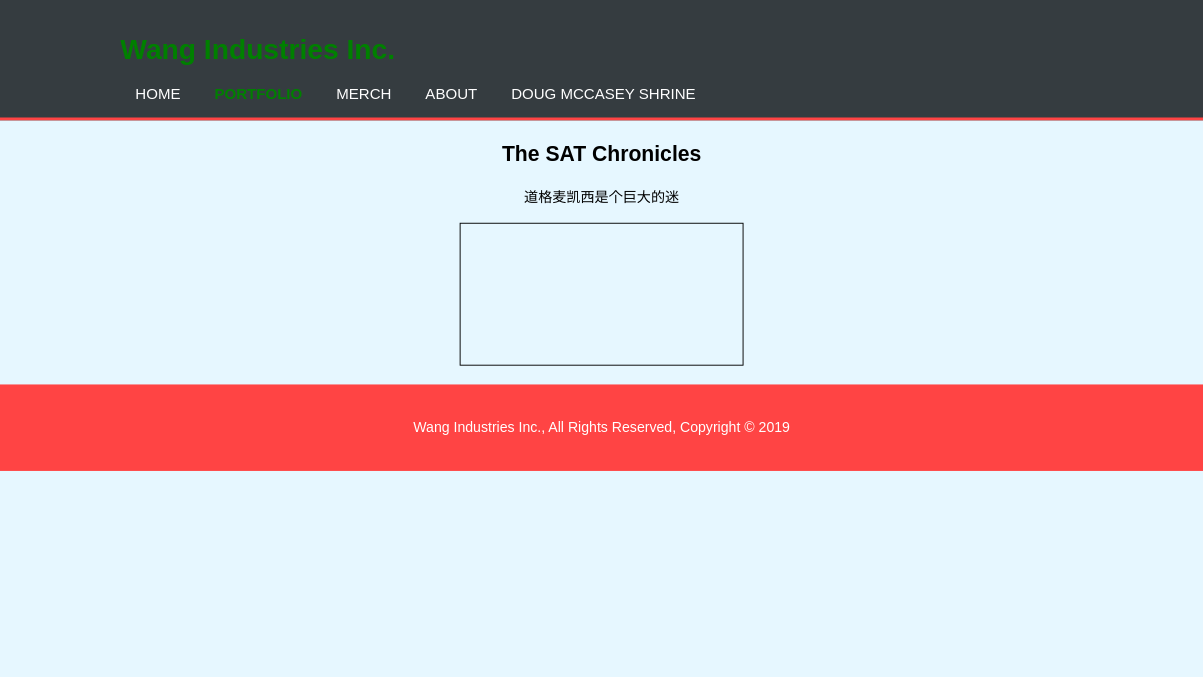
Repository: albert031/albert031.github.io
Page: projects/thesatchronicles.html
The author's editor kept a record of every edit. The page is drawn from the files as they stood at one moment, then again after the next edit.
The browser window is 1280 px wide. The pictures show the whole page, at 94% of full size.

Above is the page before.
Console error: SyntaxError: Invalid or unexpected token

### projects/thesatchronicles.html
<!DOCTYPE HTML w/ Processing>

<html>
  <head>
      <meta http-equiv="Content-Type" content="text/html; charset=UTF-8" />
      <title>Albert's Website | The SAT Chronicles</title>
      <link rel=icon href=https://thewolfpacket.org/wp-content/uploads/2018/01/VP-675x900.jpg type=image/jpg?>
      <script type="text/javascript" src="../js/processing.js"></script>
      <meta name=viewport content=width=device-width>
      <link rel=stylesheet type=text/css href=../css/style.css>
  </head>

  <body>
    <header>
        <div class=container>
            <div id=branding>
                <h1 class=highlight>Wang Industries Inc.</h1>
            </div>
        </div>
        <nav>
            <div class=dropdown>
                <button class=dropbtn><a href=../index.html>Home</a></button>
            </div>
            <div class=dropdown>
                <button class="dropbtn current"><a href=../portfolio.html>Portfolio</a></button>
                <div class="dropdown-content current">
                    <a href=../projects/thesatchronicles.html>The SAT Chronicles</a>
                </div>
            </div>
            <div class=dropdown>
                <button class=dropbtn><a href=../merch.html>Merch</a></button>
                <div class=dropdown-content>
                    <a href="#">Dagu makkeishī Ramen Noodles™</a>
                    <a href="#">Dagu makkeishī ChopSticks™</a>
                    <a href="#">Dagu makkeishī Premium Soysauce Ultra Mega Doug Size™</a>
                </div>
            </div>
            <div class=dropdown>
                <button class=dropbtn><a href=../about.html>About</a></button>
            </div>
            <div class=dropdown>
                <button class=dropbtn><a href=../dougshrine.html>Doug McCasey Shrine</a></button>
                <div class=dropdown-content>
                    <a href=dougthethug.html>Doug the Thug</a>
                </div>
            </div>
        </nav>
    </header>

    <section id=main>
      <div class=container>
        <div id=main-col>
          <h1 align=center>The SAT Chronicles</h1>
          <p align=center>道格麦凯西是个巨大的迷</p>
        </div>
      </div>
    </section>

    <script type="text/processing">
      PImage bg, sScreen, sButton, infoButton, doug, topPipe, botPipe, replayButton, homeButton, backButton;
      int bgx, bgy, dx, dy, g, Vdy, w, h;
      int[] pipeX, pipeY;
      int gameState, score, highScore, speed;
      boolean displayInfo;

      void setup(){
        size(800,700);
        bg = loadImage("./imgsatchronicles/bg.png");
        sScreen = loadImage("./imgsatchronicles/startscreen.png");
        sButton = loadImage("./imgsatchronicles/testday.png");
        infoButton = loadImage("./imgsatchronicles/info.png");
        doug = loadImage("./imgsatchronicles/doug.png");
        botPipe = loadImage("./imgsatchronicles/botPipe.png");
        topPipe = loadImage("./imgsatchronicles/topPipe.png");
        replayButton = loadImage("./imgsatchronicles/replaybutton.png");
        homeButton = loadImage("./imgsatchronicles/homebutton.png");
        backButton = loadImage("./imgsatchronicles/backbutton.png");
        dx = 100;
        dy = height/2;
        g = 1;
        pipeX = new int[5];
        pipeY = new int[pipeX.length];
        for(int i = 0; i < pipeX.length; i++){
          pipeX[i] = width + 200*i;
          pipeY[i] = (int)random(-350, 0);
        }
        gameState = -1;
      }
      /*
      void draw(){
        if(gameState == -1){
          startScreen();
        }
        if(gameState == -2){
          chooseMode();
        }
        if(gameState == 0){
          setBg();
          setPipes();
          moveDoug();
          scoreCounter();

        }
        if(gameState == 1){
          endScreen();
        }
      }

      void scoreCounter(){
        if(score>highScore){
          highScore = score;
        }
        fill(109, 146, 232, 200);
        rect(width - 310, 10, 305, 80, 10);
        fill(0);
        textSize(32);
        text("SAT Score:  " + 100*score, width - 300, 40);
        text("High Score: " + 100*highScore, width - 300, 80);
      }

      void startScreen(){
        image(sScreen, 0, 0);
        sButtonButton();
        info();
      }

      void info(){
        if(mouseX > 96 && mouseX < 96 + infoButton.width && mouseY > 534 && mouseY < 534 + infoButton.height){
          fill(150, 250, 150);
          rect(96, 534, 41, 41);
          displayInfo = true;
          if(!(mouseX > 96 && mouseX < 96 + infoButton.width && mouseY > 534 && mouseY < 534 + infoButton.height)){
            displayInfo = false;
          }
          if(displayInfo == true){
            if(w < width/2){
              w += 30;
              h += 30;
             }
             rect(96, 575 - h, w, h);
             fill(0);
             textSize(.1*w);
             String s = "One day ... You decide to take the SAT and then you realize your proctor is Doug";
             text(s, 100, 600 - h, w, h);
          }
        }
        else{
          fill(146, 12, 3);
          rect(96, 534, 41, 41);
          w = 0;
          h = 0;
        }
        image(infoButton, 94, 532);
      }

      void sButtonButton(){
        fill(146, 12, 3);
        rect(width/2 - sButton.width/2 - 5, height/2 + 10, sButton.width + 10, 47);
        fill(255);
        if(mouseX > width/2 - sButton.width/2 - 5 && mouseX < width/2 + sButton.width/2 + 5 && mouseY > height/2 + 10 && mouseY < height/2 + 57){
          fill(150, 250, 150);
          rect(width/2 - sButton.width/2 - 5, height/2 + 10, 177, 47);

          if(mousePressed){
            gameState = -2;
          }
        }
        image(sButton, width/2 - sButton.width/2, height/2 + 20);

      }

      void chooseMode(){
        image(bg, 0, 0);
        textSize(75);
        fill(0);
        text("Difficulty", width/2 - 160, 112.5);
        backButton();
        easyMode();
        normalMode();
        hardMode();
      }

      void backButton(){
        fill(146, 12, 3);
        triangle(52, 87.5, 90, 52, 90, 123);
        if(mouseX > 50 && mouseX < 95 && mouseY > 50 && mouseY < 125){
          fill(150, 250, 150);
          triangle(52, 87.5, 90, 52, 90, 123);
          if(mousePressed){
            gameState = -1;
          }
        }
        image(backButton, 50, 50);
      }

      void easyMode(){
        fill(146, 12, 3);
        rect(width/2 - 100, height/2 - 160, 200, 50);
        textSize(31);
        if(mouseX > width/2 - 100 && mouseX < width/2 + 100 && mouseY > height/2 - 160 && mouseY < height/2 - 110){
          fill(150, 250, 150);
          rect(width/2 - 100, height/2 - 160, 200, 50);
          if(mousePressed){
            speed = 2;
            dy = height/2;
            gameState = 0;
             for(int i = 0; i < pipeX.length; i++){
                pipeX[i] = width + 200*i;
                pipeY[i] = (int)random(-350, 0);
             }
             score = 0;
          }
        }
        fill(0);
        String s1 = "Chill Doug";
        text(s1, width/2 - 80, height/2 - 125, 100);
      }

      void normalMode(){
        fill(146, 12, 3);
        rect(width/2 - 100, height/2 - 50, 200, 50);
        textSize(31);
        if(mouseX > width/2 - 100 && mouseX < width/2 + 100 && mouseY > height/2 - 50 && mouseY < height/2){
          fill(150, 250, 150);
          rect(width/2 - 100, height/2 - 50, 200, 50);
          if(mousePressed){
            speed = 4;
            dy = height/2;
            gameState = 0;
             for(int i = 0; i < pipeX.length; i++){
                pipeX[i] = width + 200*i;
                pipeY[i] = (int)random(-350, 0);
             }
             score = 0;
          }
        }
        fill(0);
        String s1 = "Normal Doug";
        text(s1, width/2 - 100, height/2 - 15, 100);
      }

      void hardMode(){
        fill(146, 12, 3);
        rect(width/2 - 100, height/2 + 60, 200, 50);
        textSize(31);
        if(mouseX > width/2 - 100 && mouseX < width/2 + 100 && mouseY > height/2 + 60 && mouseY < height/2 + 110){
          fill(150, 250, 150);
          rect(width/2 - 100, height/2 + 60, 200, 50);
          if(mousePressed){
            speed = 6;
            dy = height/2;
            gameState = 0;
             for(int i = 0; i < pipeX.length; i++){
                pipeX[i] = width + 200*i;
                pipeY[i] = (int)random(-350, 0);
             }
             score = 0;
          }
        }
        fill(0);
        String s1 = "Mad Doug";
        text(s1, width/2 - 75, height/2 + 95, 100);
      }

      void replay(){
        fill(109, 146, 232, 200);
        if(mouseX > width/2 - 5 && mouseX < width/2 - 5 + replayButton.width + 10 && mouseY > height/2 - 55 && mouseY < height/2 - 55 + replayButton.height + 10){
          fill(150, 250, 150, 100);
        }
        rect(width/2 - 5, height/2 - 55, replayButton.width + 10, replayButton.height + 10);
        image(replayButton, width/2, height/2 - 50);
        if(gameState == 1){
          if(mouseX > width/2 - 5 && mouseX < width/2 - 5 + replayButton.width + 10 && mouseY > height/2 - 55 && mouseY < height/2 - 55 + replayButton.height + 10){
            if(mousePressed){
              dy = height/2;
              for(int i = 0; i < pipeX.length; i++){
                pipeX[i] = width + 200*i;
                pipeY[i] = (int)random(-350, 0);
              }
              gameState = 0;
              score = 0;
            }
          }
        }
        }

      void home(){
        fill(109, 146, 232, 200);
        if(mouseX > width/2 - 75 && mouseX < width/2 - 75 + homeButton.width + 10 && mouseY > height/2 - 55 && mouseY < height/2 - 55 + homeButton.height + 10){
          fill(150, 250, 150, 100);
        }
        rect(width/2 - 75, height/2 - 55, homeButton.width + 10, homeButton.height + 10);
        image(homeButton, width/2 - 70, height/2 - 50);
        if(gameState == 1){
          if(mouseX > width/2 - 75 && mouseX < width/2 - 75 + homeButton.width + 10 && mouseY > height/2 - 55 && mouseY < height/2 - 55 + homeButton.height + 10){
            if(mousePressed){
              gameState = -1;
            }
          }
        }

      }

      void endScreen(){
        textSize(32);
        fill(109, 146, 232, 200);
        rect(147, 150, 506, 140, 5);
        fill(0);
        textSize(40);
        text("You failed the SAT", 220, 200);
        textSize(32);
        text("You get accused of cheating", 185, 250);
        replay();
        home();
      }

      void setPipes(){
        for(int i = 0; i < pipeX.length; i++){
          image(topPipe, pipeX[i], pipeY[i]);
          image(botPipe, pipeX[i], pipeY[i] + 680);
          pipeX[i] -= speed;
          if(pipeX[i] < -200){
            pipeX[i] = width;
          }
          if(dx > (pipeX[i] - 45) && dx < pipeX[i] + 70){
            if(!(dy > pipeY[i] + 450 && dy < pipeY[i] + (450 + 230-49))){
               gameState = 1;
            }
            if(dx == pipeX[i] || dx == pipeX[i] + 3){
              score++;
            }
          }
        }
      }

      void moveDoug(){
        image(doug, dx, dy);
        dy = dy + Vdy;
        Vdy = Vdy + g;
        if(dy > height || dy < 0){
          gameState = 1;
        }
      }

      void mousePressed(){
        Vdy = -15;
      }

      void setBg(){
        image(bg, bgx, bgy);
        image(bg, bgx + bg.width, bgy);
        bgx = bgx - speed;
        if(bgx < -bg.width){
          bgx = 0;
        }
      }

    </script>
      <canvas id=canvas style="border: 1px solid black;"></canvas>

    <footer>
        <p>Wang Industries Inc., All Rights Reserved, Copyright &copy 2019</p>
    </footer>
  </body>

</html>

### css/style.css
/*CSS Style Sheet */

body{
    font-family:Arial, Helvetica, sans-serif;
    font-size:15px;
    line-height:1.5;
    padding:0;
    margin:0;
    background-color:#e6f7ff;
}

/* Global */
.container{
    width:80%;
    margin:auto;
    overflow:hidden;
}

ul {
    margin:0;
    padding:0;
}

.button_1{
    height:38px;
    background:#ff4444;
    border:0;
    padding-left:20px;
    padding-right:20px;
    color:#ffffff;
}

@keyframes rainbow{
    0% {color:red;}
    17% {color:orange;}
    34% {color:yellow;}
    50% {color:green;}
    67% {color:blue;}
    84% {color:indigo;}
    100% {color:violet;}
}

/* Header */
header{
    background:#353c40;
    color:#ffffff;
    padding-top:30px;
    min-height:70px;
    border-bottom: #ff4444 3px solid;
    list-style:none;
}

header a{
    text-decoration:none;
    text-transform:uppercase;
    color:#ffffff;
}

header nav{
    width:80%;
    margin:auto;
}

.dropbtn {
  background-color: transparent;
  outline:none;
  padding: 16px;
  font-size: 16px;
  border: none;
}

/* The container <div> - needed to position the dropdown content */
.dropdown {
  position: relative;
  display: inline-block;
}

/* Dropdown Content (Hidden by Default) */
.dropdown-content {
  display: none;
  position: absolute;
  background-color: #f1f1f1;
  min-width: 160px;
  box-shadow: 0px 8px 16px 0px rgba(0,0,0,0.2);
  z-index: 1;
}

/* Links inside the dropdown */
.dropdown-content a{
  color: black;
  padding: 12px 16px;
  text-decoration: none;
  display: block;
}

/* Change color of dropdown links on hover */
.dropdown-content a:hover {
    background-color: #ddd;
}

/* Show the dropdown menu on hover */
.dropdown:hover .dropdown-content {
    display: block;
}

header #branding{
    float:left;
}

header #branding h1{
    margin:0;
}

header .highlight, header .current a{
    animation:rainbow 2s linear infinite alternate;
    font-weight:bold;
}

header a:hover{
    color:#ff0000;
    font-weight:bold;
}

/* Showcase */
#showcase{
    min-height:400px;
    background-image:url(../img/ramenpic.jpg);
    background-position:center center;
    background-repeat:no-repeat;
    text-align:center;
    color:#000000;
}

#showcase h1{
    margin-top:100px;
    font-size:55px;
    margin-bottom:10px;
}

#showcase p{
    font-size:20px;
}

#order{
    padding:15px;
    color:#ffffff;
    background:#353c40;
}

/* Order */
#order h1{
    float:left;
}

#order form{
    float:right;
    margin-top:15px;
}

#order input[type=name]{
    padding:4px;
    height:25px;
    width:250px;
}

/* Boxes */
#boxes{
    margin-top:20px;
}

#boxes .box{
    float:left;
    text-align:center;
    width:30%;
    padding:10px;
}

#boxes .box img{
    width:150px;
}

/* Main-col */
article#main-col{
    float:left;
    width:65%;
}

footer{
    padding:20px;
    margin-top:20px;
    color:#ffffff;
    background-color:#ff4444;
    text-align:center;
}

/* Boxes around each project */
.project{
	background-color: #353c40;
	font-size: 100%;
	padding: 1%;
	width: 320px;
	height: 320px;
	float: left;
	text-align:center;
	border-radius: 5px;
	margin:1%;
}

.project a{
	color:#ffffff;
	text-decoration: none;
	font-size: 16px;
}

.project h1{
    color:#ffffff;
}

.project iframe{
    width:100%;
}

.project img{
    width:100%;
}

.project a:hover{
    color:#ff0000;
    font-weight:bold;
}

/* Game aligning */
#canvas{
    padding-left: 0;
    padding-right: 0;
    margin-left: auto;
    margin-right: auto;
    display:block;

}
/* Media Queries */
@media(max-width:768px){
    header #branding,
    header nav,
    header nav li,
    #order h1,
    #order form,
    #boxes .box{
        float:none;
        text-align:center;
        width:100%;
        }

    header{
        padding-bottom:20px;
    }

    #showcase h1{
        margin-top:40px;
    }

    #order button{
        display:block;
        width:100%;
    }

    #order form input[type=name]{
        width:100%;
        margin-bottom:5px
    }
}

Loaded but not shown: js/processing.js (library)

After the next edit:
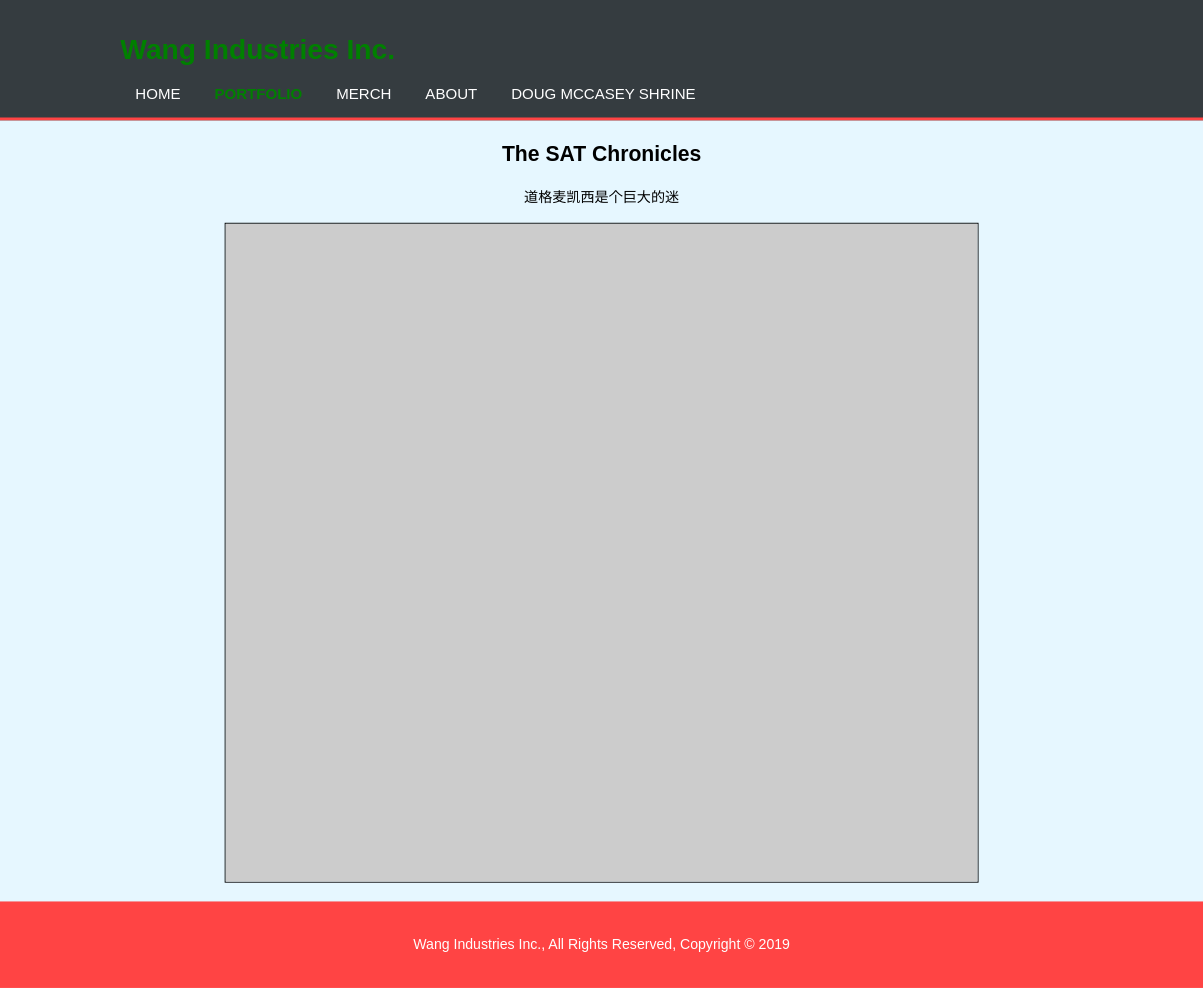
The error is gone.
The edit:
--- a/projects/thesatchronicles.html
+++ b/projects/thesatchronicles.html
@@ -354,6 +354,7 @@
           bgx = 0;
         }
       }
+      */
 
     </script>
       <canvas id=canvas style="border: 1px solid black;"></canvas>
